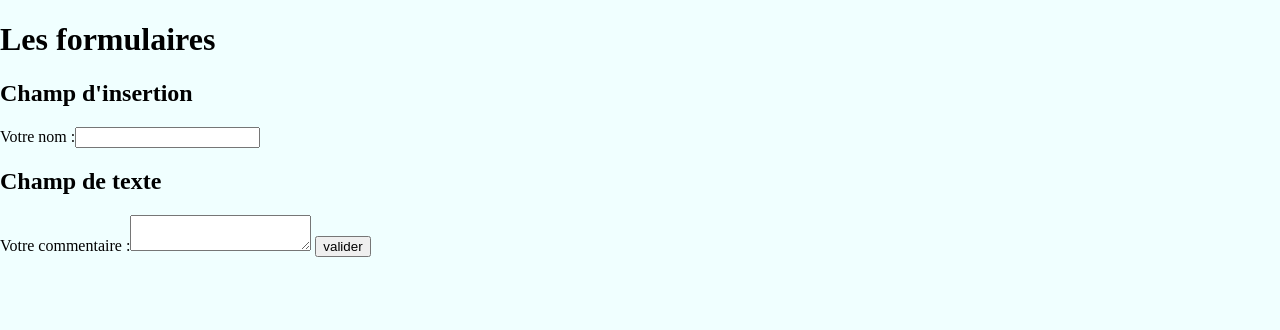
Repository: Luc010/Exercices
Page: HTML CSS/cours/formulaires/form.html
An editor plug-in stored every save of this project. The page is shown before and after a run of saves, followed by the edit.
The browser window is 1280 px wide. The pictures show the whole page.

Above is the page before, as saved 2019-09-06 08:54:41.

### HTML CSS/cours/formulaires/form.html
<!DOCTYPE html>
<html lang="en">
<head>
    <meta charset="UTF-8">
    <meta name="viewport" content="width=device-width, initial-scale=1.0">
    <meta http-equiv="X-UA-Compatible" content="ie=edge">
    <title>Document</title>
    <style>
        body{
            padding: 0;
            margin: 0;
            background-color: azure;
        }
        form{
            padding: 0;
            margin: 0;
        }
    </style>
</head>
<body>
    <h1>Les formulaires</h1>
    <form action="" method="POST">
        <h2>Champ d'insertion</h2>
        <p>Votre nom :<input type="text"></p>
        <h2>Champ de texte</h2>
        <p>Votre commentaire :<textarea></textarea>

        <input type="submit" value="valider"><!--<input type="reset" value="reset"> -->
    </form>
</body>
</html>

After the next 3 saves:
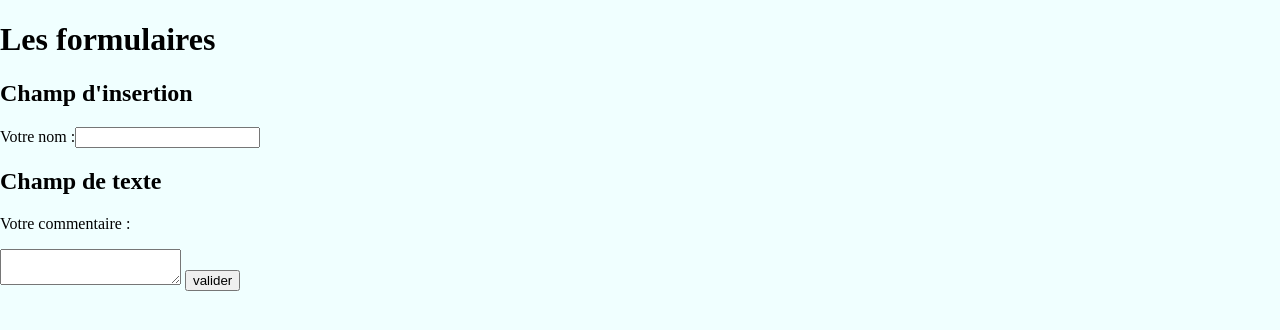
The 3 saves are shown as one change because they came seconds apart.
The last was saved 6 s later.
--- a/HTML CSS/cours/formulaires/form.html
+++ b/HTML CSS/cours/formulaires/form.html
@@ -23,8 +23,8 @@
         <h2>Champ d'insertion</h2>
         <p>Votre nom :<input type="text"></p>
         <h2>Champ de texte</h2>
-        <p>Votre commentaire :<textarea></textarea>
-
+        <p>Votre commentaire :</p>
+        <textarea></textarea>
         <input type="submit" value="valider"><!--<input type="reset" value="reset"> -->
     </form>
 </body>
